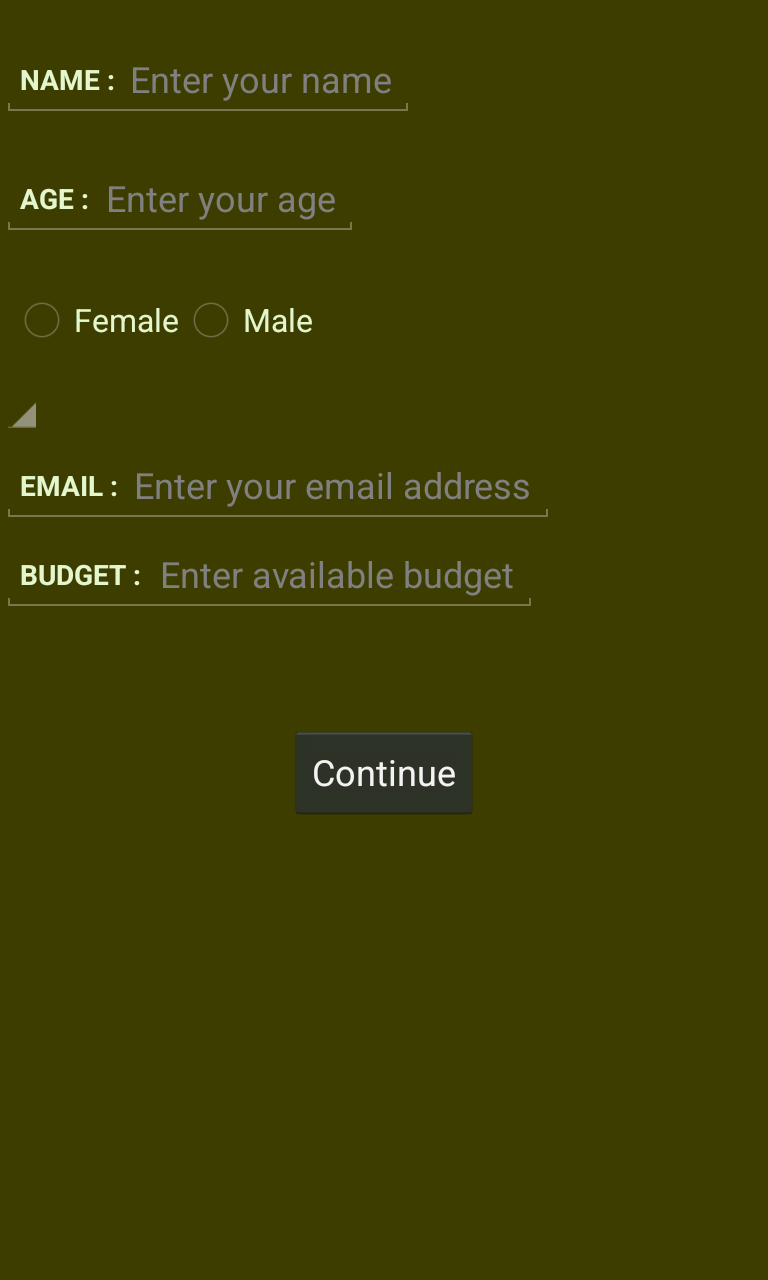
Repository: Adammdit/DT2283GUI
Layout: GunSmoke/res/layout/activity_details_form.xml
These files come from the project's save history. The layout is drawn as it stood at one moment and after the next save; the edit follows.
It is drawn on a 768 x 1280 px phone screen (xhdpi) without system bars, with theme android:Theme.Holo; the app's code is not run.

Above is the layout before, as saved 2014-11-08 20:01:53.

### GunSmoke/res/layout/activity_details_form.xml
<LinearLayout xmlns:android="http://schemas.android.com/apk/res/android"
    android:layout_width="fill_parent"
    android:background="@color/formBackground"
    android:layout_height="fill_parent">



    <!-- Allows to scrool in vertical possition -->
    <ScrollView
    	android:layout_width="fill_parent"
    	android:layout_height="fill_parent">

    	<LinearLayout
    	    android:layout_width="fill_parent"
    	    android:layout_height="0dp"
    	    android:orientation="vertical" >

    		<FrameLayout
	    		android:id="@+id/name"
	    		android:layout_width="fill_parent"
	    		android:layout_height="fill_parent"
	    		android:layout_marginBottom="5dp" >
			    <EditText
			        android:id="@+id/editName"
			        android:layout_marginTop="20dp"
				    android:layout_width="wrap_content"
				    android:layout_height="wrap_content"
				    android:paddingLeft="65dp"
				    android:inputType="textPersonName"
				    android:hint="Enter your name" />
		    	<TextView
		    	    android:layout_marginTop="10dp"
			        android:layout_width="wrap_content"
			        android:layout_height="wrap_content"
			        android:layout_gravity="center_vertical"
		    		android:textStyle="bold"
		    		android:textColor="#E3F6CE"
			        android:paddingLeft="10dp"
			        android:text="@string/nameLabel" />
			</FrameLayout>

		    <FrameLayout
			    android:id="@+id/age"
			    android:layout_width="match_parent"
			    android:layout_height="wrap_content"
			    android:layout_marginBottom="5dp" >
			    <EditText
			        android:layout_marginTop="15dp"
				    android:layout_width="wrap_content"
				    android:layout_height="wrap_content"
				    android:layout_marginBottom="15dp"
				    android:paddingLeft="53dp"
				    android:inputType="number"
				    android:hint="Enter your age" />
			    <TextView
			        android:layout_marginTop="0dp"
			        android:layout_width="wrap_content"
			        android:layout_height="wrap_content"
			        android:layout_gravity="center_vertical"
		    		android:textStyle="bold"
		    		android:textColor="#E3F6CE"
			        android:paddingLeft="10dp"
			        android:text="@string/ageLabel" />
		    </FrameLayout>

			<RadioGroup
			    android:id="@+id/gender"
			    android:layout_width="wrap_content"
			    android:layout_height="wrap_content"
			    android:layout_marginBottom="5dp"
			    android:orientation="horizontal"
			    android:padding="5dp" >
			    <RadioButton
				    android:id="@+id/female"
				    android:text="@string/female"
				    android:textColor="#E3F6CE" />
				<RadioButton
				    android:id="@+id/male"
				    android:text="@string/male"
				    android:textColor="#E3F6CE" />
			</RadioGroup>

			<Spinner
			    android:id="@+id/jobSpinner"
			    android:layout_width="wrap_content"
			    android:layout_height="wrap_content"
			    android:layout_marginBottom="5dp"
			    android:textColor="#E3F6CE" />

			<FrameLayout
			    android:id="@+id/email"
			    android:layout_width="wrap_content"
			    android:layout_height="wrap_content"
			    android:layout_marginBottom="5dp" >
				<EditText
				    android:id="@+id/editEmail"
				    android:layout_width="wrap_content"
				    android:layout_height="wrap_content"
				    android:paddingLeft="67dp"
				    android:inputType="textEmailAddress"
				    android:hint="Enter your email address" />
				<TextView
			        android:layout_width="wrap_content"
			        android:layout_height="wrap_content"
			        android:layout_gravity="center_vertical"
		    		android:textStyle="bold"
		    		android:textColor="#E3F6CE"
			        android:paddingLeft="10dp"
			        android:text="@string/emailLabel" />
			</FrameLayout>

			<FrameLayout
			    android:id="@+id/budget"
			    android:layout_width="match_parent"
			    android:layout_height="wrap_content"
			    android:layout_marginBottom="55dp">
				<EditText
				    android:layout_width="wrap_content"
				    android:layout_height="wrap_content"
				    android:paddingLeft="80dp"
				    android:inputType="numberDecimal"
				    android:hint="Enter available budget" />
				<TextView
			        android:layout_width="wrap_content"
			        android:layout_height="wrap_content"
			        android:layout_gravity="center_vertical"
		    		android:textStyle="bold"
		    		android:textColor="#E3F6CE"
			        android:paddingLeft="10dp"
			        android:text="@string/budgetLabel" />
			</FrameLayout>

			<Button
			    android:id="@+id/continueButton"
			    android:layout_width="wrap_content"
			    android:layout_height="wrap_content"
			    android:text="@string/buttonLabel"
			    android:layout_gravity="center_horizontal" />

		</LinearLayout>
	</ScrollView>
</LinearLayout>

### GunSmoke/res/values/colors.xml
<?xml version="1.0" encoding="utf-8"?>
<resources>
	<color name="khaki">#663300</color>
	<color name="price">#E5FFCC</color>
	<color name="name">#CC6600</color>
	<color name="total">#0080FF</color>
	<color name="formBackground">#3D3D00</color>
</resources>

### GunSmoke/res/values/strings.xml
<?xml version="1.0" encoding="utf-8"?>
<resources>

    <string name="app_name">GunSmoke</string>
    <string name="title">Details form:</string>
    <string name="mainLabel">Main list</string>
    <string name="nameLabel">NAME : </string>
    <string name="ageLabel">AGE : </string>
    <string name="emailLabel">EMAIL : </string>
    <string name="budgetLabel">BUDGET : </string>
    <string name="female">Female</string>
    <string name="male">Male</string>
    <string name="buttonLabel">Continue</string>
    <string name="title_activity_splash_screen">SplashScreen</string>
    <string name="splash_info">All prices excludes vat = 21%</string>
    <string name="title_activity_details_form">DetailsForm</string>

    <!-- List of job titles -->
    <string-array name="jobTitles">
        <item>Select job title</item>
        <item>iPhone</item>
        <item>WindowsMobile</item>
        <item>Blackberry</item>
        <item>WebOS</item>
        <item>Ubuntu</item>
        <item>Windows7</item>
        <item>Max OS X</item>
        <item>Linux</item>
        <item>OS/2</item>
    </string-array>
    <!-- Melee weapones -->
    <string-array name="melee">
        <item>Knife</item>
        <item>Machete</item>
        <item>Maltador</item>
        <item>Galstead</item>
        <item>Throwing knife</item>
        <item>Ubuntu</item>
        <item>Windows7</item>
        <item>Max OS X</item>
        <item>Linux</item>
        <item>OS/2</item>
    </string-array>

    <string name="title_activity_receipt">Receipt</string>
    <string name="hello_world">Hello world!</string>

</resources>

After the next save:
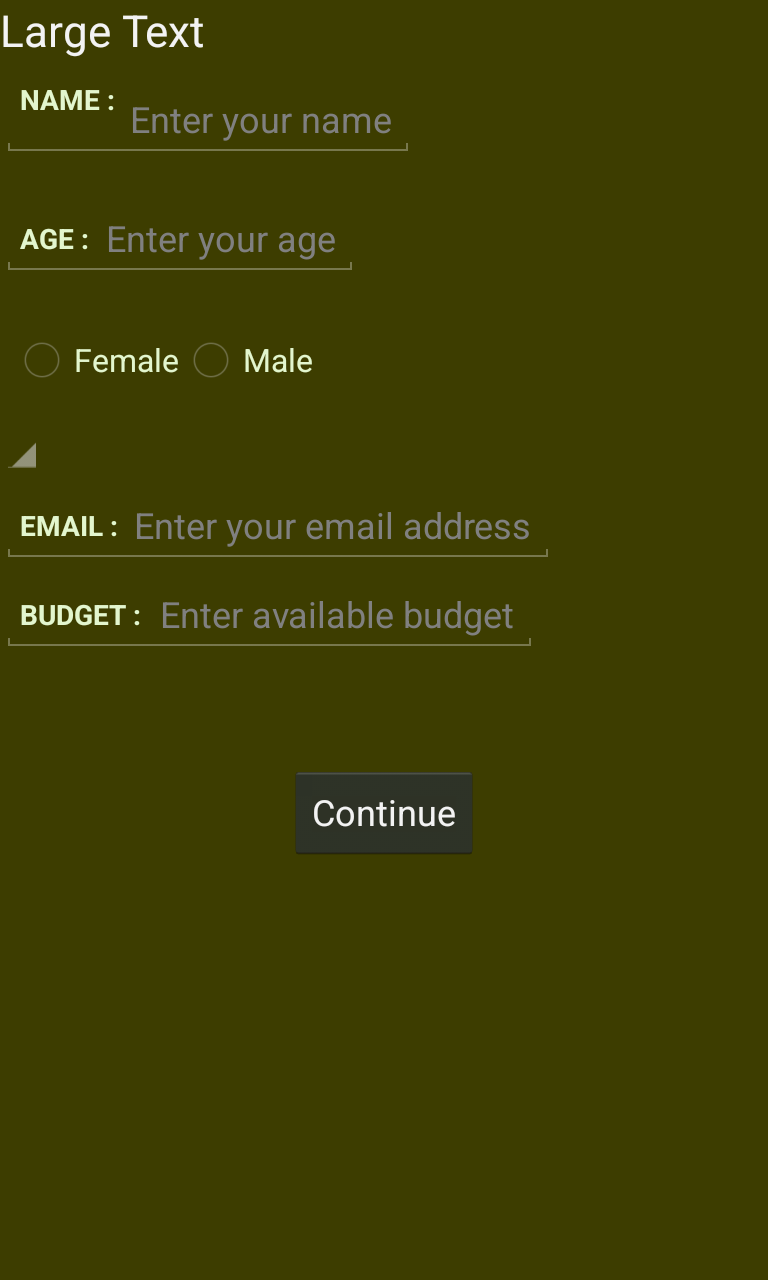
Saved 2 min 25 s later.
--- a/GunSmoke/res/layout/activity_details_form.xml
+++ b/GunSmoke/res/layout/activity_details_form.xml
@@ -22,7 +22,7 @@
 	    		android:layout_marginBottom="5dp" >
 			    <EditText
 			        android:id="@+id/editName"
-			        android:layout_marginTop="20dp"
+			        android:layout_marginTop="40dp"
 				    android:layout_width="wrap_content"
 				    android:layout_height="wrap_content"
 				    android:paddingLeft="65dp"
@@ -37,6 +37,14 @@
 		    		android:textColor="#E3F6CE"
 			        android:paddingLeft="10dp"
 			        android:text="@string/nameLabel" />
+
+		    	<TextView
+		    	    android:id="@+id/info"
+		    	    android:layout_width="wrap_content"
+		    	    android:layout_height="wrap_content"
+		    	    android:text="Large Text"
+		    	    android:textAppearance="?android:attr/textAppearanceLarge" />
+
 			</FrameLayout>
 
 		    <FrameLayout
